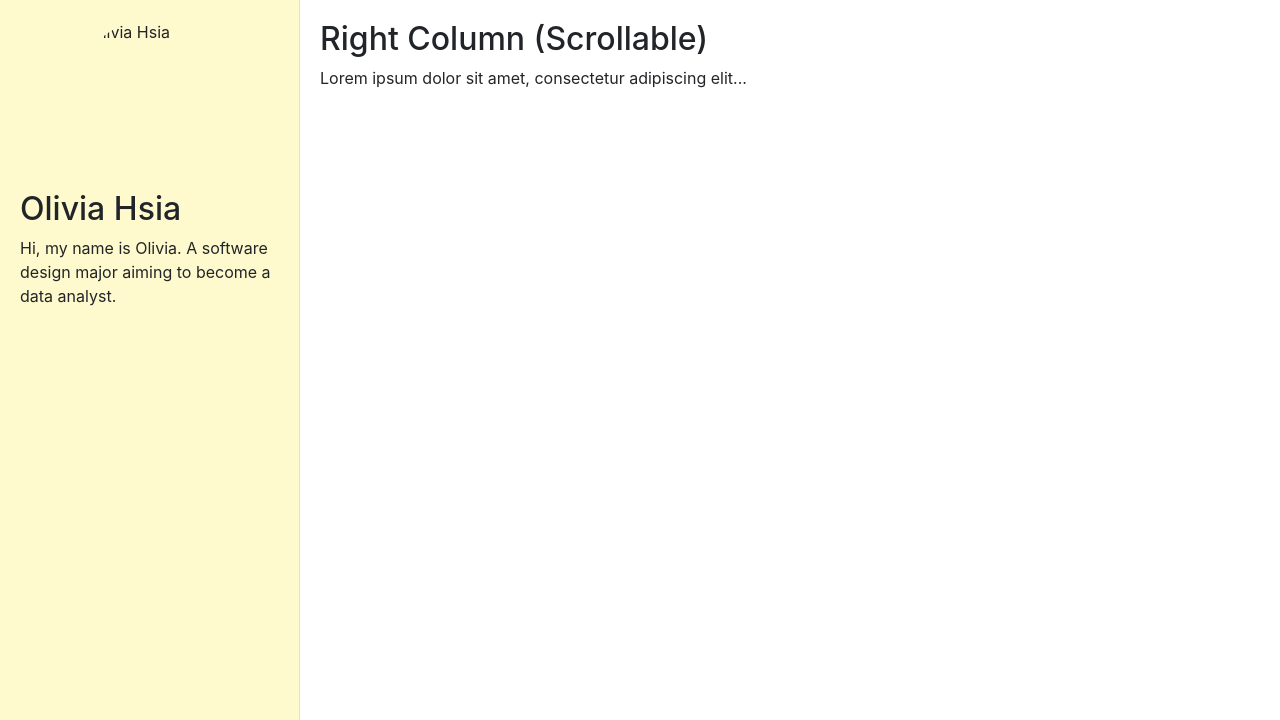
Repository: oliviahsia/FinalProject
Page: src/main/webapp/WEB-INF/main.html
The author's editor kept a copy of each file at every save. The page is drawn from the files as they stood at one save, then again after the next save.
The browser window is 1280 px wide. The pictures show the whole page.
Some web libraries are served in a nearby version.

Above is the page before, as saved 2024-03-08 12:59:00.
Not found: src/main/webapp/WEB-INF/src/main/webapp/WEB-INF/images/IMG_0854_Original.jpg

After the next save:
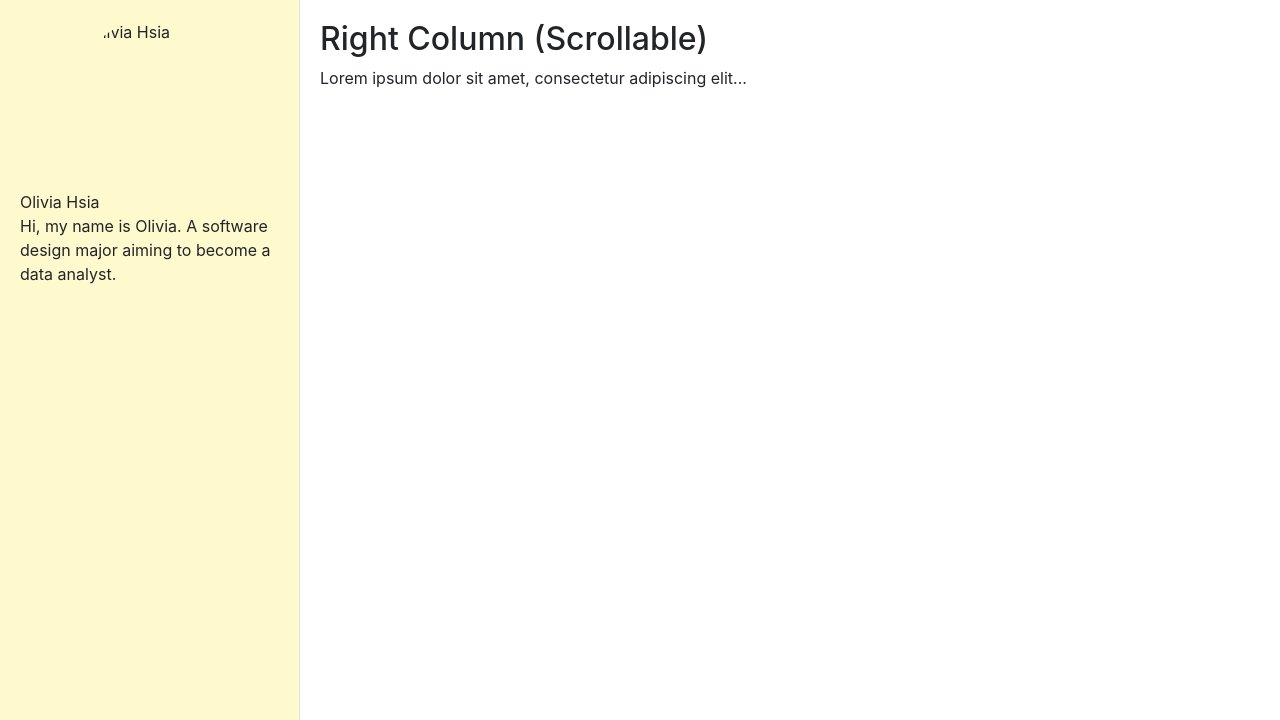
Saved 22 s later.
--- a/src/main/webapp/WEB-INF/main.html
+++ b/src/main/webapp/WEB-INF/main.html
@@ -16,8 +16,7 @@
 <body>
   <div class="fixed-left">
     <!-- Content in left column -->
-    <img src = "src/main/webapp/WEB-INF/images/IMG_0854_Original.jpg" alt = "Olivia Hsia" class = "profile-pic">
-
+    <img src = "  " alt = "Olivia Hsia" class = "profile-pic"
     <h2>Olivia Hsia</h2>
     <p>Hi, my name is Olivia. A software design major aiming to become a data analyst. </p>
   </div>
